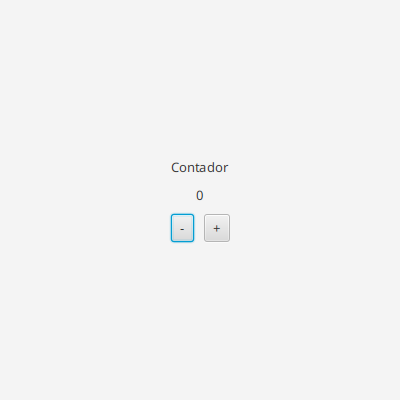
Repository: AlanVidalll/Curso-Java-Completo
Program's window: java exercicios-javafx/src/basico/Contador.java
An editor plug-in stored every save of this project. The program's window is shown before and after the next save, followed by the edit.
It runs on Java 21 on a 1366 x 768 screen with JavaFX 11; the title bar is not drawn.

Above is the program's window before, as saved 2020-04-09 14:47:09.

After the next save:
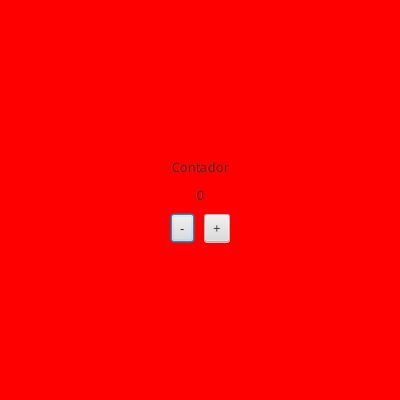
Saved 74 s later.
--- a/exercicios-javafx/src/basico/Contador.java
+++ b/exercicios-javafx/src/basico/Contador.java
@@ -37,6 +37,7 @@
 		boxBotoes.getChildren().add(botaoIncremento);
 
 		VBox boxConteudo = new VBox();
+		boxConteudo.getStyleClass().add("conteudo");
 		boxConteudo.setAlignment(Pos.CENTER);
 		boxConteudo.setSpacing(10);
 		boxConteudo.getChildren().add(labelTitulo);
